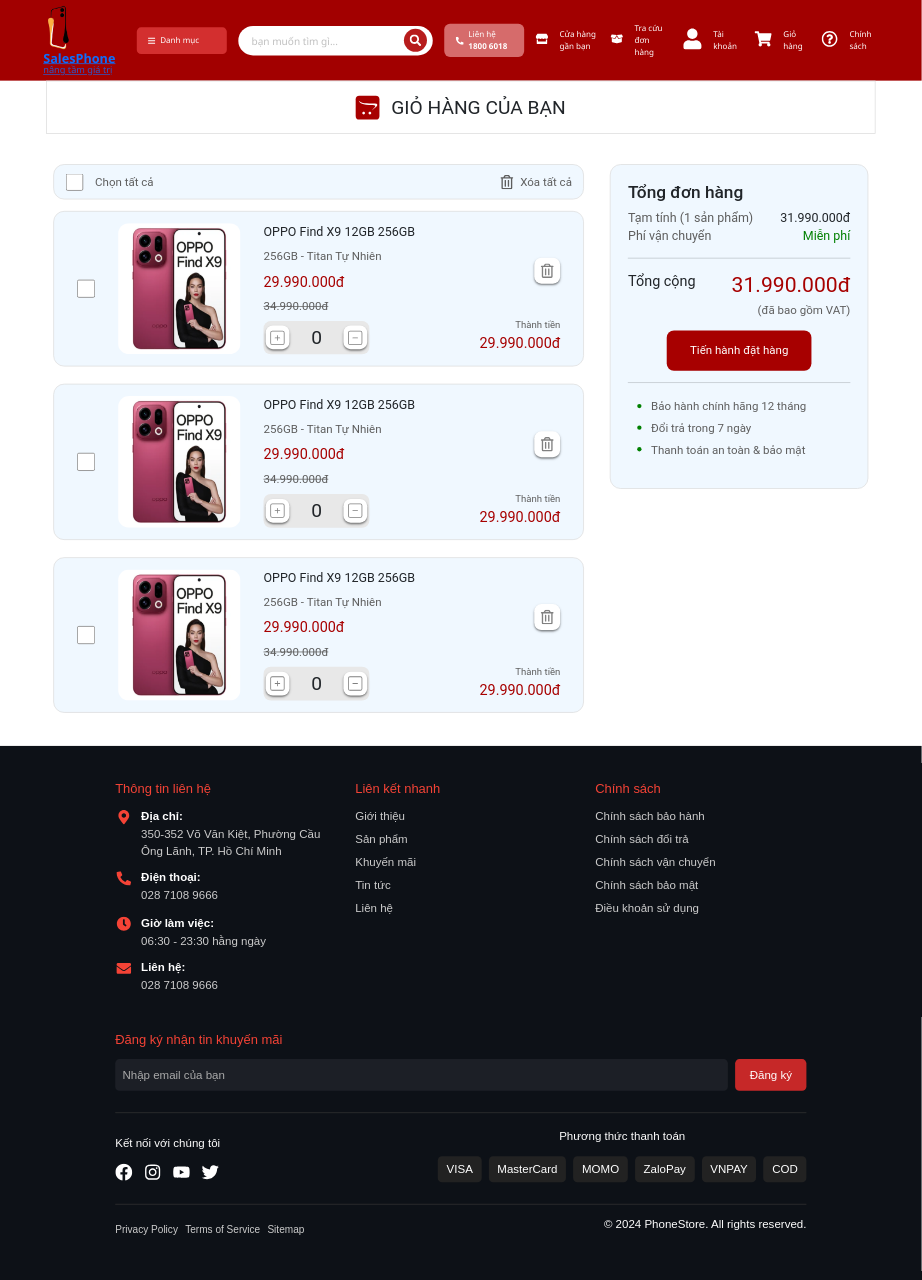
Repository: nguyenhuuluanTTB/cn-da22ttb-nguyenhuuluan-website_salesphone-nextjs_nodejs
Page: /cart (app in Project_SalesPhone/client/salesphone/)
An editor plug-in stored every save of this project. The page is shown before and after the next save, followed by the edit.
The browser window is 1280 px wide. The pictures show the whole page, at 72% of full size.
The project was rebuilt for these pictures with package versions that can differ from the ones it lists, and the page was loaded fresh each time. The framework's server and built-in components were replaced by stand-ins that run in the browser. Also part of the build but not shown: Project_SalesPhone/client/salesphone/next.config.ts.

Above is the page before, as saved 2025-12-02 11:01:41.

After the next save:
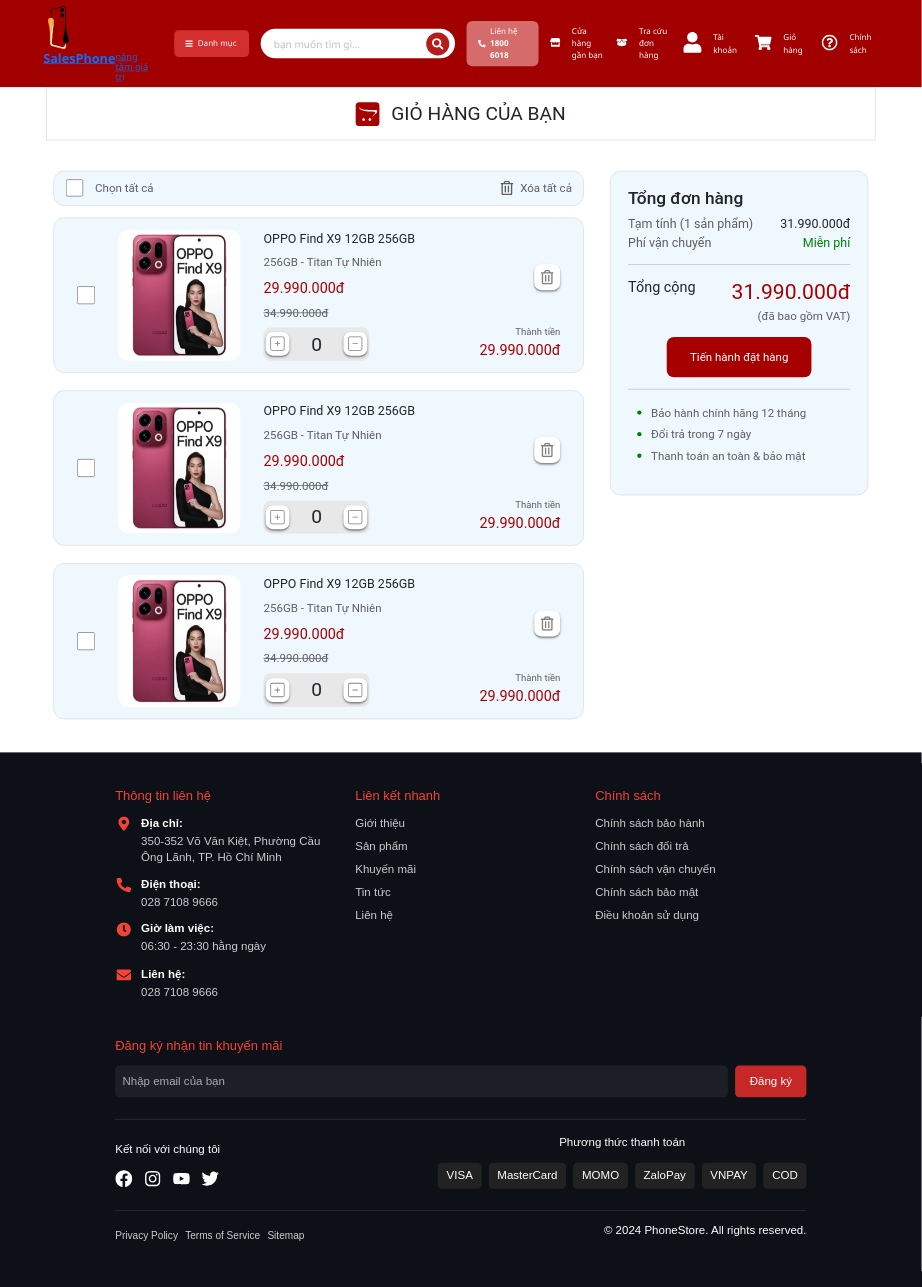
Saved 38 s later.
--- a/Project_SalesPhone/client/salesphone/app/components/Header/Header.module.scss
+++ b/Project_SalesPhone/client/salesphone/app/components/Header/Header.module.scss
@@ -20,13 +20,13 @@
   display: flex;
   align-items: center;
   gap: 8px;
-  flex-direction: row;
+
 
   .logoText {
     display: flex;
     flex-direction: column;
     line-height: 1.1;
-
+    flex-direction: row;
 
     .brand {
       font-size: 1.1rem;

After the save that followed:
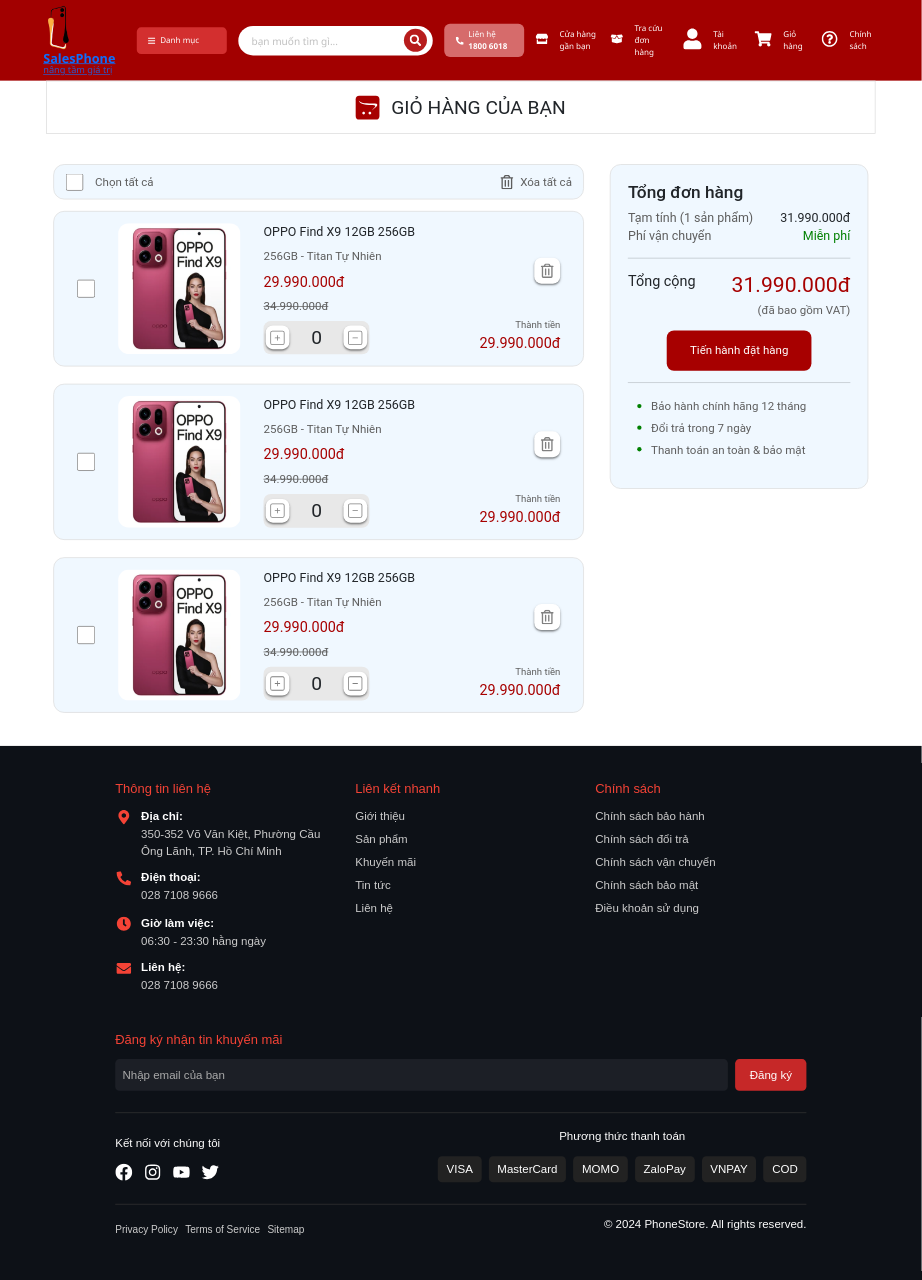
Saved 5 s later.
--- a/Project_SalesPhone/client/salesphone/app/components/Header/Header.module.scss
+++ b/Project_SalesPhone/client/salesphone/app/components/Header/Header.module.scss
@@ -20,13 +20,13 @@
   display: flex;
   align-items: center;
   gap: 8px;
-
+  flex-direction: row;
 
   .logoText {
     display: flex;
     flex-direction: column;
     line-height: 1.1;
-    flex-direction: row;
+
 
     .brand {
       font-size: 1.1rem;
